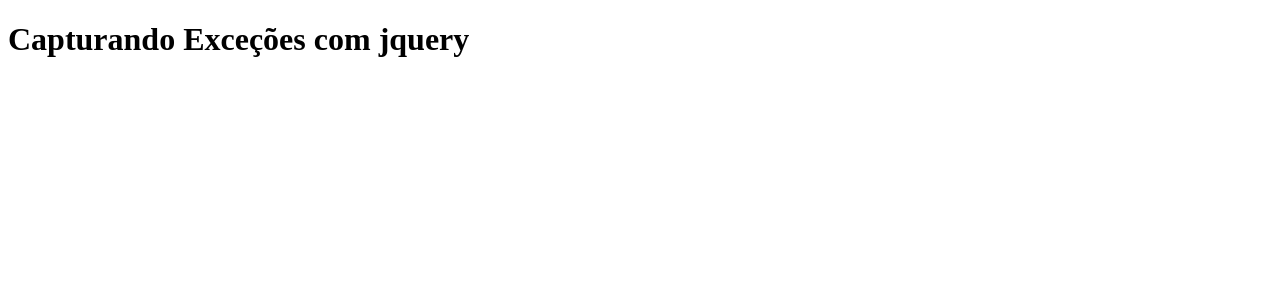
Repository: VictorGOrellana/RecursosJava
Page: http://localhost/curso.edu/pages/capturarExcecoes.jsp
An editor plug-in stored every save of this project. The page is shown before and after the next save, followed by the edit.
The browser window is 1280 px wide. The pictures show the whole page.
The page is served by Tomcat 9.

Above is the page before, as saved 2019-07-23 14:05:48.

After the next save:
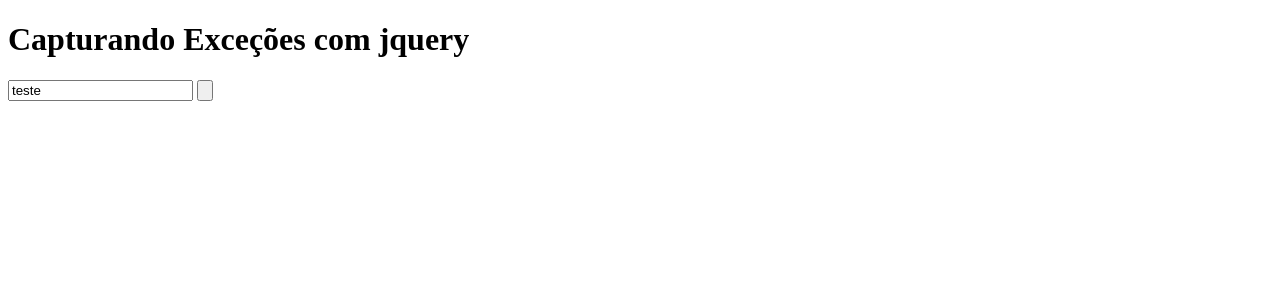
Saved 15 min 1 s later.
--- a/curso.edu/WebContent/pages/capturarExcecoes.jsp
+++ b/curso.edu/WebContent/pages/capturarExcecoes.jsp
@@ -11,5 +11,14 @@
 
 	<h1>Capturando Exceções com jquery</h1>
 
+	<input type="text" value = "teste">
+	<input type="button" onclick = "testeJQuery();" name = "Submit">
+
+<script type="text/javascript">
+	function testeJQuery(){
+		alert("Funcionou!")
+	}
+</script>
+
 </body>
 </html>
